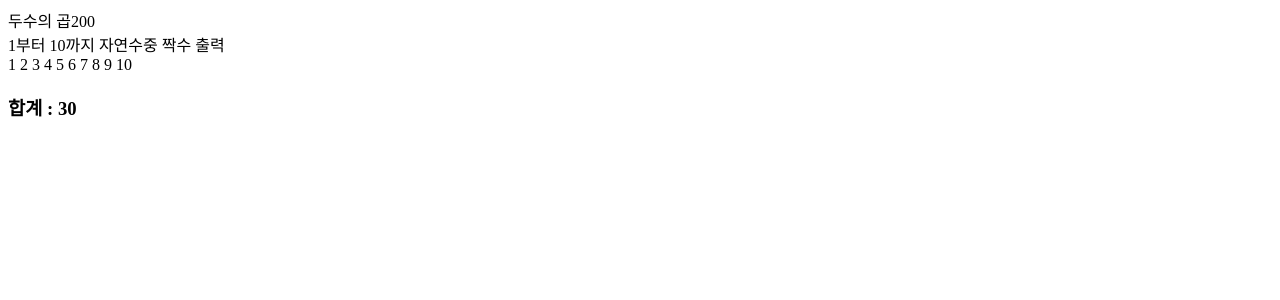
Repository: BangJinn/jspworks
Page: http://localhost/jwbook/ch01/scriptlet.jsp
The author's editor kept a copy of each file at every save. The page is drawn from the files as they stood at one save, then again after the next save.
The browser window is 1280 px wide. The pictures show the whole page.
The page is served by Tomcat 9.

Above is the page before, as saved 2023-11-20 02:13:13.

After the next save:
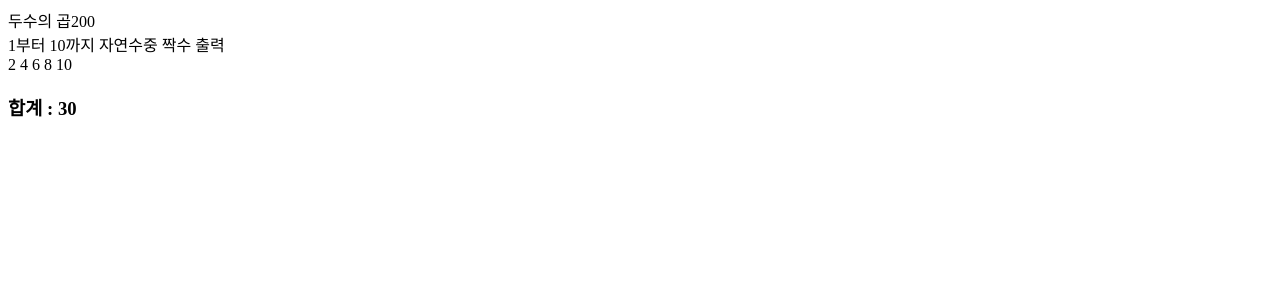
Saved 23 s later.
--- a/jwbook/src/main/webapp/ch01/scriptlet.jsp
+++ b/jwbook/src/main/webapp/ch01/scriptlet.jsp
@@ -15,6 +15,7 @@
 		//1부터 10까지 자연수중 짝수 출력
 		out.println("<br>1부터 10까지 자연수중 짝수 출력<br>");
 		for(int i = 1; i<=10; i++){
+			if(i % 2 == 0)
 			out.println(i);
 		};
 
